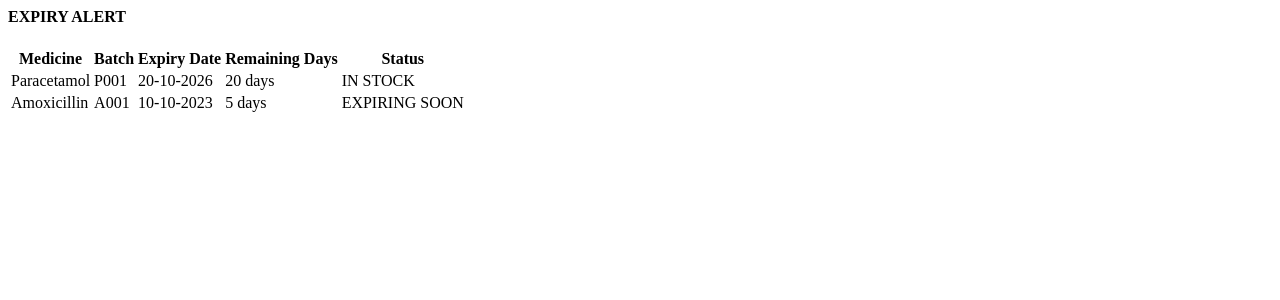
Repository: AbHiShEk200428/Medicine-Manager
Page: expiry.html
An editor plug-in stored every save of this project. The page is shown before and after a run of saves, followed by the edit.
The browser window is 1280 px wide. The pictures show the whole page.

Above is the page before, as saved 2026-10-28 20:42:17.

### expiry.html
<h4 class="mb-3 text-primary">EXPIRY ALERT</h4>

    <div class="table-responsive">
        <table id="Inventory_Table" class="table table-hover text-center text-nowrap table-bordered align-middle">
            <thead class="table-dark">
                <tr>
                    <th scope="col">Medicine</th>
                    <th scope="col">Batch</th>
                    <th scope="col">Expiry Date</th>
                    <th scope="col">Remaining Days</th>
                    <th scope="col">Status</th>
                </tr>
            </thead>
            <tbody>
                <tr>
                    <td>Paracetamol</td>
                    <td>P001</td>
                    <td>20-10-2026</td>
                    <td>20 days</td>
                    <td><span class="badge bg-success">IN STOCK</span></td>
                </tr>
                <tr>
                    <td>Amoxicillin</td>
                    <td>A001</td>
                    <td>10-10-2023</td>
                    <td>5 days</td>
                    <td><span class="badge bg-danger">EXPIRING SOON</span></td>
                </tr>
            </tbody>
        </table>
    </div>

After the next 4 saves:
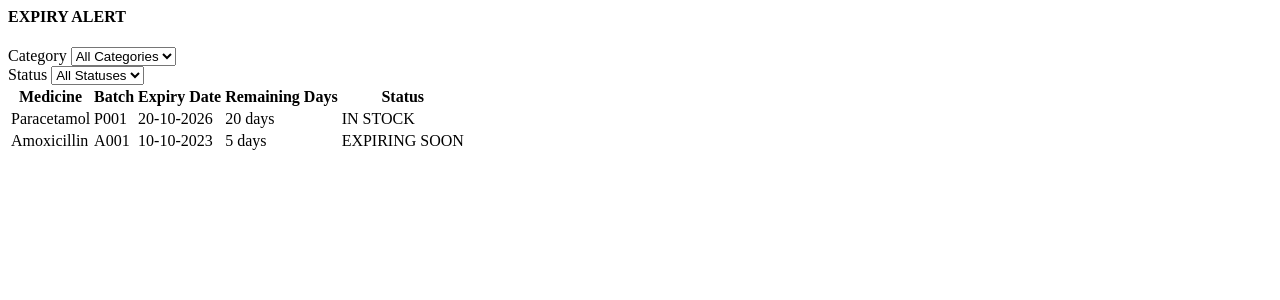
The 4 saves are shown as one change because they came seconds apart.
The last was saved 2 min 26 s later.
--- a/expiry.html
+++ b/expiry.html
@@ -1,4 +1,22 @@
 <h4 class="mb-3 text-primary">EXPIRY ALERT</h4>
+
+
+    <div class="col-md-3">
+                <label for="inv_category" class="form-label fw-semibold">Category</label>
+                <select id="inv_category" class="form-select focus-ring">
+                    <option value="all">All Categories</option>
+                    <option value="painkillers">Painkillers</option>
+                    <option value="antibiotics">Antibiotics</option>
+                </select>
+            </div>
+            <div class="col-md-3">
+                <label for="inv_status" class="form-label fw-semibold">Status</label>
+                <select id="inv_status" class="form-select focus-ring">
+                    <option value="all">All Statuses</option>
+                    <option value="in stock">In Stock</option>
+                    <option value="low stock">Low Stock</option>
+                </select>
+            </div>
 
     <div class="table-responsive">
         <table id="Inventory_Table" class="table table-hover text-center text-nowrap table-bordered align-middle">
